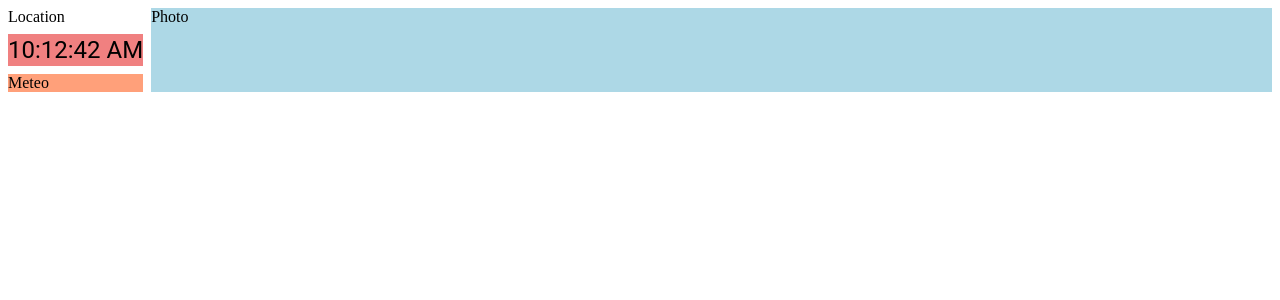
Repository: songvi/meteo
Page: /
These files come from the project's save history. The page is drawn as it stood at one moment and after the next save; the edit follows.
The browser window is 1280 px wide. The pictures show the whole page.
The project was rebuilt for these pictures with package versions that can differ from the ones it lists, and the page was loaded fresh each time. Also part of the build but not shown: src/App.css.

Above is the page before, as saved 2023-04-02 23:28:28.

After the next save:
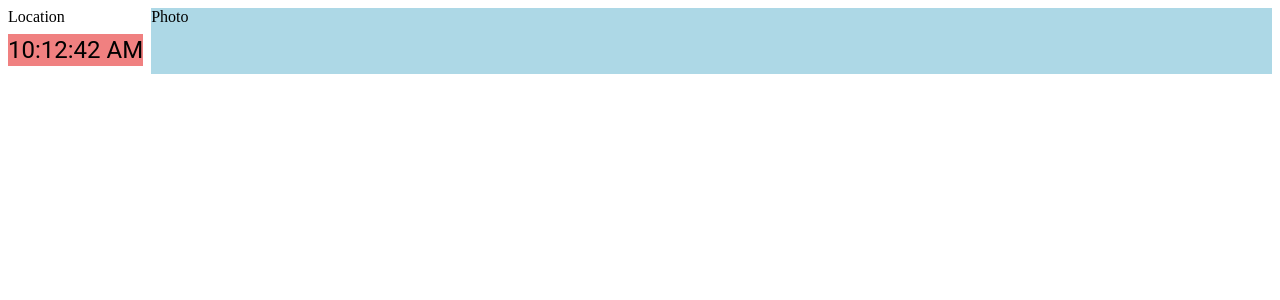
Saved 50 s later.
--- a/src/features/meteo/Meteo.tsx
+++ b/src/features/meteo/Meteo.tsx
@@ -3,7 +3,10 @@ import React from 'react';
 
 const Meteo = () => {
   return (
-    <Box justifyContent={'center'} bgcolor={'lightsalmon'}>Meteo</Box>
+    <Box justifyContent={'center'} bgcolor={'lightsalmon'}>
+
+
+    </Box>
   )
 }
 
